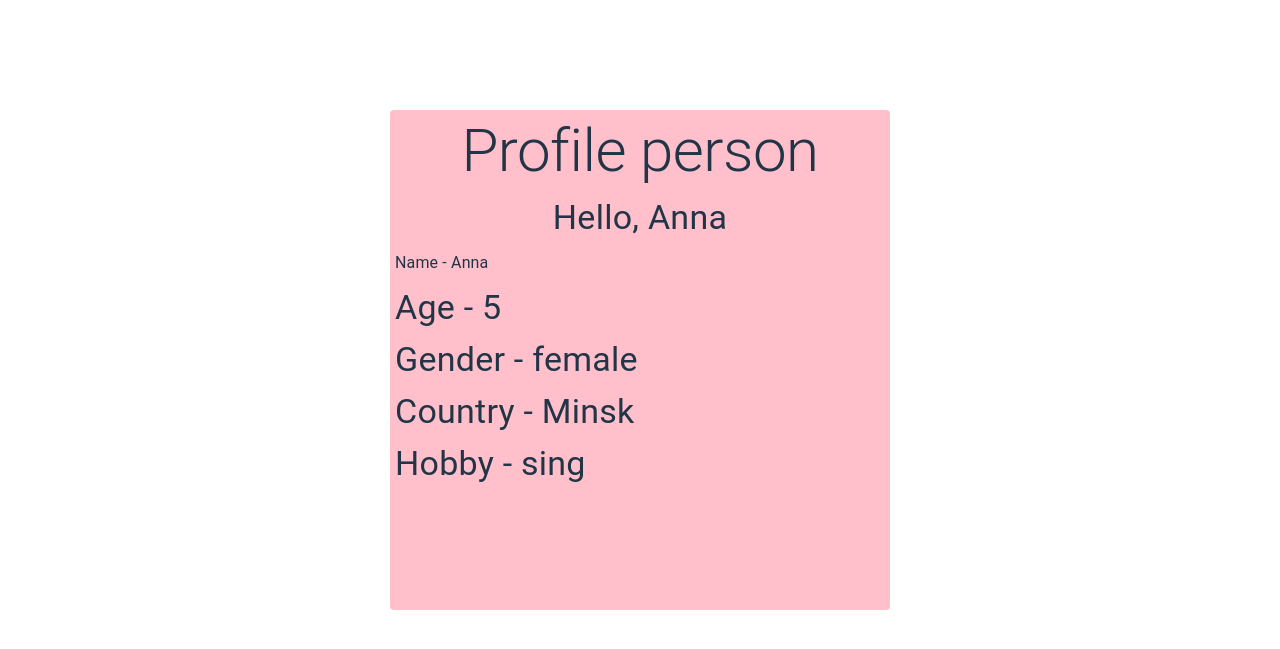
Repository: savannaaaas/props
Page: /
The author's editor kept a copy of each file at every save. The page is drawn from the files as they stood at one save, then again after the next save.
The browser window is 1280 px wide. The pictures show the whole page.
The project was rebuilt for these pictures with package versions that can differ from the ones it lists, and the page was loaded fresh each time. Also part of the build but not shown: vite.config.js.

Above is the page before, as saved 2025-07-08 00:02:45.

After the next save:
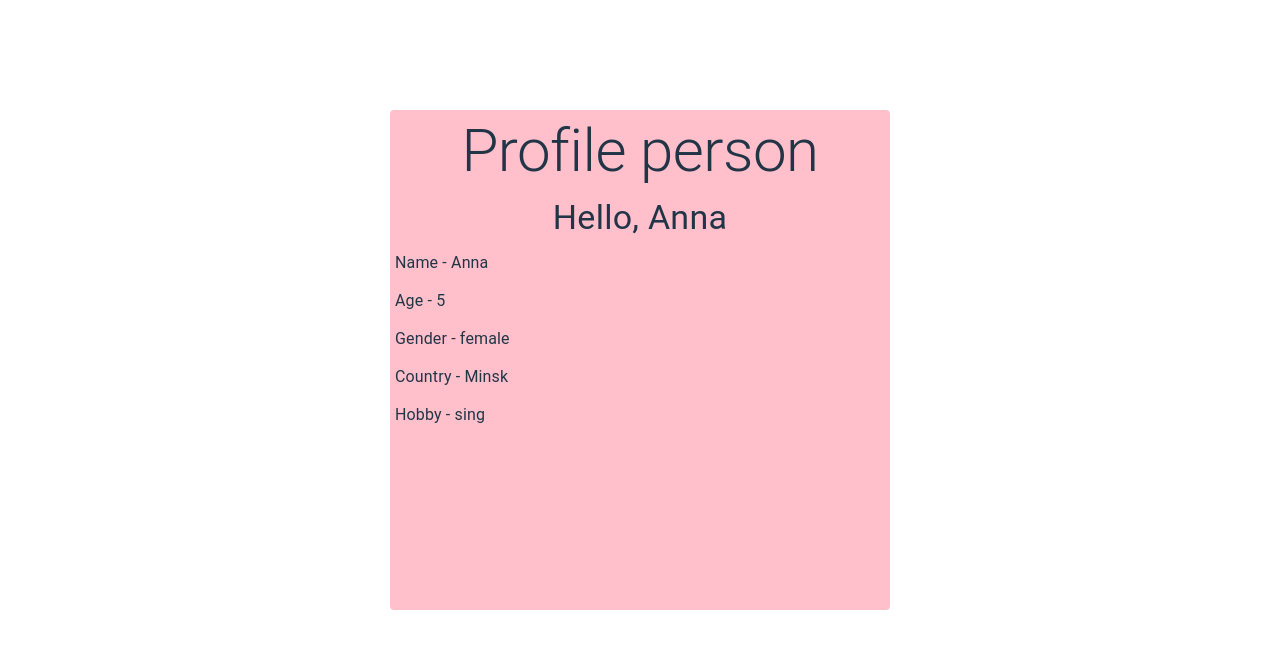
Saved 10 s later.
--- a/src/components/Person1.jsx
+++ b/src/components/Person1.jsx
@@ -8,16 +8,16 @@ export const Person1 = ({ name, age, men, obj, sayHello, hobbies }) => {
       <Typography variant="subtitle1" align="left" style={{ padding: "5px" }}>
         Name - {name}
       </Typography>
-      <Typography variant="h4" align="left" style={{ padding: "5px" }}>
+      <Typography variant="subtitle1" align="left" style={{ padding: "5px" }}>
         Age - {age}
       </Typography>
-      <Typography variant="h4" align="left" style={{ padding: "5px" }}>
+      <Typography variant="subtitle1" align="left" style={{ padding: "5px" }}>
         Gender - {men ? "men" : "female"}
       </Typography>
-      <Typography variant="h4" align="left" style={{ padding: "5px" }}>
+      <Typography variant="subtitle1" align="left" style={{ padding: "5px" }}>
         Country - {obj.country}
       </Typography>
-      <Typography variant="h4" align="left" style={{ padding: "5px" }}>
+      <Typography variant="subtitle1" align="left" style={{ padding: "5px" }}>
         Hobby - {hobbies[1]}
       </Typography>
     </>
